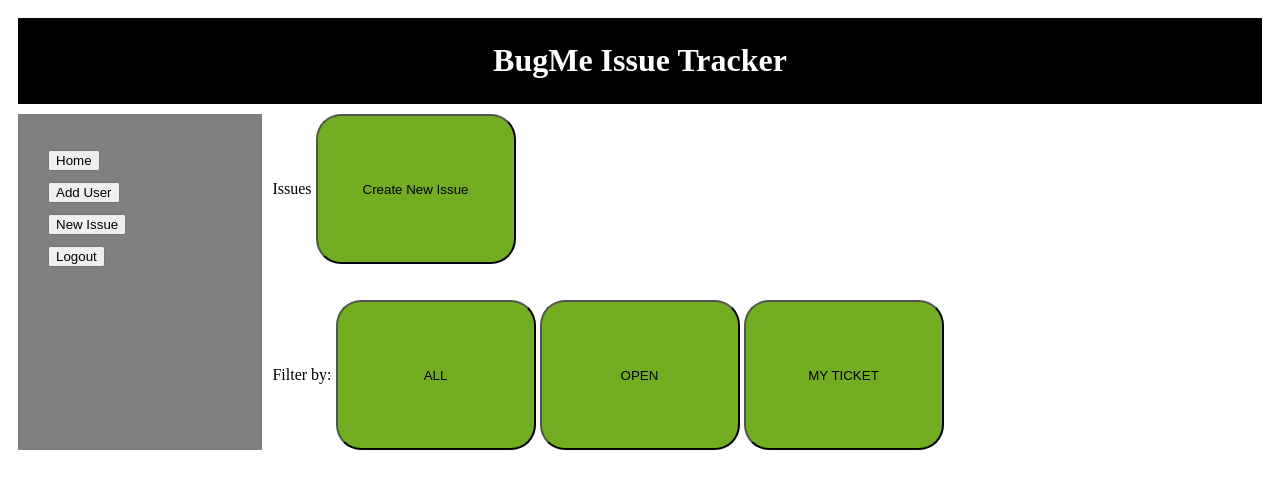
Repository: ranaldo89/info-2180-final-project
Page: index.html
The author's editor kept a record of every edit. The page is drawn from the files as they stood at one moment, then again after the next edit.
The browser window is 1280 px wide. The pictures show the whole page.

Above is the page before.

### index.html
<!DOCTYPE HTML>
<html>

    <head>

        <title>BugMe Issue Tracker</title>

         <link rel="stylesheet" type="text/css" href="style.css" />

    </head>

    <body>

    <div id="myModal" class="modal">

  <div class="modal-content">
  Username:<br>
  <input id="usernameField" type="text" name="username" required>
  <br>
  Password:<br>
  <input id= "passwordField" type="password" name="password" required>
  <br><br>
  <input id="loginButton" type="submit" value="Submit" >
  </div>

</div>

       <div class="grid-container">

           <div class="header">
               <h1>BugMe Issue Tracker</h1>
           </div>

           <div class="menu">
                <button id="home" type="button">Home</button>
                <br>
                <button id="addUser"  type="button">Add User</button>
                <br>
                <button id="addIssue"  type="button">New Issue</button>
                <br>
                <button id="logout"  type="button">Logout</button>
           </div>

           <div id="body" class="body">

               <div id="homeDiv" >
                   Issues
                   <input id="createIssueBtn" type="submit" value="Create New Issue">
                   <br>
                   <br>
                   <br>
                   Filter by: <input id="allBtn" type="submit" value="ALL">
                   <input id="openBtn" type="submit" value="OPEN">
                   <input id="myTicketBtn" type="submit" value="MY TICKET">
                   <div id="issueTable"></div>
               </div>

               <div id="addUserDiv">
                     <h1>New User</h1>
                     First name:<br>
                     <input id="addUserFirstName" type="text" name="firstname" >
                     <br>
                     Last name:<br>
                     <input id="addUserLastName" type="text" name="lastname" >
                     <br>
                     Password:<br>
                     <input id="addUserPassword" type="password" name="password" >
                     <br>
                     Email:<br>
                     <input id="addUserEmail" type="text" name="email" >
                     <br>
                     <br>
                     <input id="addUserSubmit" type="submit" value="Submit">

               </div>

               <div id="addIssueDiv">
                     <h1>New Issue</h1>
                     Title:<br>
                     <input id="addIssueTitle" type="text" name="title">
                     <br>
                     Description:<br>
                     <input id="addIssueDescription" type="text" name="description">
                     <br>
                     Assigned to:<br>
                     <input id="addIssueAssignedTo" type="text" name="assignedto">
                     <br>
                     Type:<br>
                     <input id="addIssueType" type="text" name="type">
                     <br>
                     Priority:<br>
                     <input id="addIssuePriority" type="text" name="priority">
                     <br>
                     <br>
                     <input id="addIssueSubmit" type="submit" value="Submit">
               </div>

           </div>

       </div>

    </body>

      <script src="app.js"></script>

</html>

### style.css
.header {
	grid-area: header;
	display: flex;
	flex-direction: column;
	line-height: 0.1;
	color: white;
	text-align: center;
	background-color: black;
	padding: 20px;
}

.menu {
	grid-area: menu;
	background-color: gray;
	line-height: 2;
	padding: 30px;
}

.body {
	grid-area: main;

}

.grid-container {
	display: grid;
	grid-template-areas: 'header header header header ' 'menu main main main ';
	grid-gap: 10px;
	padding: 10px;
}

.modal {
  display: none; /* Hidden by default */
  position: fixed; /* Stay in place */
  z-index: 1; /* Sit on top */
  padding-top: 100px; /* Location of the box */
  left: 0;
  top: 0;
  width: 100%; /* Full width */
  height: 100%; /* Full height */
  overflow: auto; /* Enable scroll if needed */
  background-color: rgb(0,0,0); /* Fallback color */
  background-color: rgba(0,0,0,0.4); /* Black w/ opacity */
}

.modal-content {
  background-color: #fefefe;
  margin: auto;
  padding: 20px;
  border: 1px solid #888;
  width: 80%;
}

table {
  font-family: "Trebuchet MS", Arial, Helvetica, sans-serif;
  border-collapse: collapse;
  width: 100%;
}

td, th {
  border: 1px solid #ddd;
  padding: 8px;
}

th {
  padding-top: 12px;
  padding-bottom: 12px;
  text-align: left;
  background-color: white;
  color: black;
}

input[type="submit"]{
  border-radius: 25px;
  background: #73AD21;
  padding: 20px;
  width: 200px;
  height: 150px;
}

### app.js
window.onload = function() {
    var bodyDiv = document.getElementById("body");
    var homeBtn = document.getElementById("home");
    var addUser = document.getElementById("addUser");
    var addIssue = document.getElementById("addIssue");
    var logout = document.getElementById("logout");
    var loginButton = document.getElementById("loginButton");
    var passwordField = document.getElementById("passwordField");
    var usernameField = document.getElementById("usernameField");
    var modal = document.getElementById("myModal");
    var httpRequest = new XMLHttpRequest();
    var url = "/index.php";
    var homeDiv = document.getElementById("homeDiv");
    var addUserDiv = document.getElementById("addUserDiv");
    var addIssueDiv = document.getElementById("addIssueDiv");
    var addUserFirstName=document.getElementById("addUserFirstName");
    var addUserLastName=document.getElementById("addUserLastName");
    var addUserEmail=document.getElementById("addUserEmail");
    var addUserPassword=document.getElementById("addUserPassword");
    var addUserSubmit=document.getElementById("addUserSubmit");
    var addIssueTitle=document.getElementById("addIssueTitle");
    var addIssueDescription=document.getElementById("addIssueDescription");
    var addIssueAssignedTo=document.getElementById("addIssueAssignedTo");
    var addIssueType=document.getElementById("addIssueType");
    var addIssuePriority=document.getElementById("addIssuePriority");
    var addIssueSubmit=document.getElementById("addIssueSubmit");
    var createIssueBtn=document.getElementById("createIssueBtn");
    var allBtn=document.getElementById("allBtn");
    var openBtn=document.getElementById("openBtn");
    var issueTable=document.getElementById("issueTable");
    var myTicketBtn=document.getElementById("myTicketBtn");
    //modal.style.display = "block";
    homeDiv.style.display="block";
    addUserDiv.style.display = "none";
    addIssueDiv.style.display = "none";


    addUserSubmit.addEventListener("click",function() {
            if (httpRequest.readyState === 4 && httpRequest.status === 200) {
                var response = httpRequest.responseText;

            }
        httpRequest.open('GET', url + "?Firstname=" + addUserFirstName.value +
        "&Lastname=" + addUserLastName.value +
        "&Email=" + addUserEmail.value+
        "&Password=" + addUserPassword.value, true);
        httpRequest.send();
        addUserFirstName.value="";
        addUserLastName.value="";
        addUserEmail.value="";
        addUserPassword.value="";
    });

    addIssueSubmit.addEventListener("click",function() {
            if (httpRequest.readyState === 4 && httpRequest.status === 200) {
                var response = httpRequest.responseText;
            }
        httpRequest.open('GET', url + "?title=" + addIssueTitle.value +
        "&description=" + addIssueDescription.value +
        "&assignedto=" + addIssueAssignedTo.value+
        "&type=" + addIssueType.value+
        "&priority=" + addIssuePriority.value, true);
        httpRequest.send();
        addIssueTitle.value="";
        addIssueDescription.value="";
        addIssueAssignedTo.value="";
        addIssueType.value="";
        addIssuePriority.value="";
    });

    loginButton.addEventListener("click", function() {
        httpRequest.onreadystatechange = function() {
            if (httpRequest.readyState === 4 && httpRequest.status === 200) {
                var response = httpRequest.responseText;
                if (response == "true") {
                    modal.style.display = "none";
                }
            }
        };

        httpRequest.open('GET', url + "?email=" + usernameField.value + "&password=" + passwordField.value, true);
        httpRequest.send();

    });

    addUser.addEventListener("click", function() {
                homeDiv.style.display="none";
                addUserDiv.style.display = "block";
                addIssueDiv.style.display = "none";

    });

    homeBtn.addEventListener("click", function() {

                homeDiv.style.display="block";
                addUserDiv.style.display = "none";
                addIssueDiv.style.display = "none";

    });

    createIssueBtn.addEventListener("click", function() {

                homeDiv.style.display="none";
                addUserDiv.style.display = "none";
                addIssueDiv.style.display = "block";

    });

    addIssue.addEventListener("click", function() {

                homeDiv.style.display="none";
                addUserDiv.style.display = "none";
                addIssueDiv.style.display = "block";

    });

    allBtn.addEventListener("click",function() {
        httpRequest.onreadystatechange = function() {
            if (httpRequest.readyState === 4 && httpRequest.status === 200) {
                var response = httpRequest.responseText;
                        issueTable.innerHTML=response;
            }
        };
        httpRequest.open('GET', url + "?display_issues", true);
        console.log(httpRequest);
        httpRequest.send();


    });

    openBtn.addEventListener("click",function() {
        httpRequest.onreadystatechange = function() {
            if (httpRequest.readyState === 4 && httpRequest.status === 200) {
                var response = httpRequest.responseText;
                        issueTable.innerHTML=response;
            }
        };
        httpRequest.open('GET', url + "?display_issues_open", true);
        console.log(httpRequest);
        httpRequest.send();


    });

    myTicketBtn.addEventListener("click",function() {
        httpRequest.onreadystatechange = function() {
            if (httpRequest.readyState === 4 && httpRequest.status === 200) {
                var response = httpRequest.responseText;
                        issueTable.innerHTML=response;
            }
        };
        httpRequest.open('GET', url + "?display_issues_tickets", true);
        console.log(httpRequest);
        httpRequest.send();


    });

    logout.addEventListener("click", function() {
        httpRequest.onreadystatechange = function() {
            if (httpRequest.readyState === 4 && httpRequest.status === 200) {
                var response = httpRequest.responseText;
            }
        };
        httpRequest.open('GET', url + "?logout", true);
        console.log(httpRequest);
        httpRequest.send();
        modal.style.display = "block";
    });

}

After the next edit:
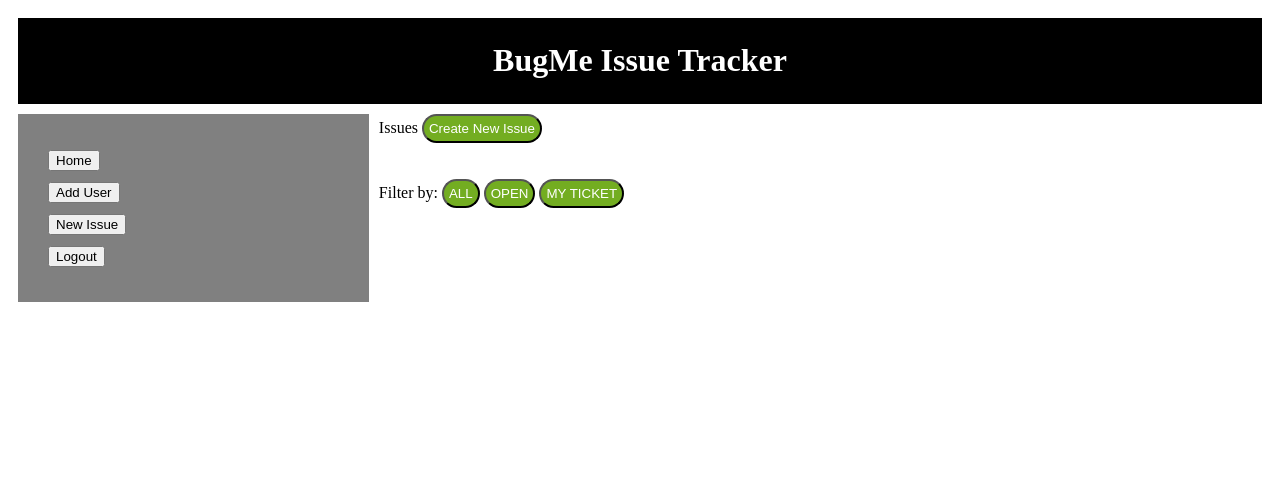
The edit:
--- a/style.css
+++ b/style.css
@@ -72,7 +72,6 @@
 input[type="submit"]{
   border-radius: 25px;
   background: #73AD21;
-  padding: 20px;
-  width: 200px;
-  height: 150px;
+  padding: 5px;
+  color: white;
 }
